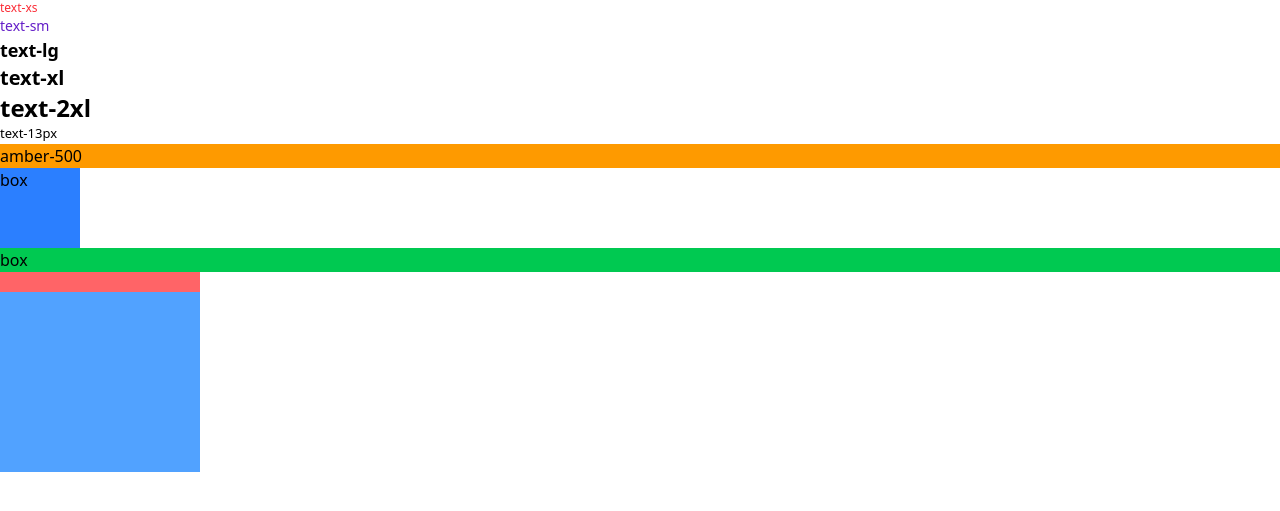
Repository: kkhhjjoo/onebite-tailwind
Page: /
These files come from the project's save history. The page is drawn as it stood at one moment and after the next save; the edit follows.
The browser window is 1280 px wide. The pictures show the whole page.
The project was rebuilt for these pictures with package versions that can differ from the ones it lists, and the page was loaded fresh each time. Also part of the build but not shown: vite.config.ts, src/App.css.

Above is the page before, as saved 2025-12-24 19:48:01.

After the next save:
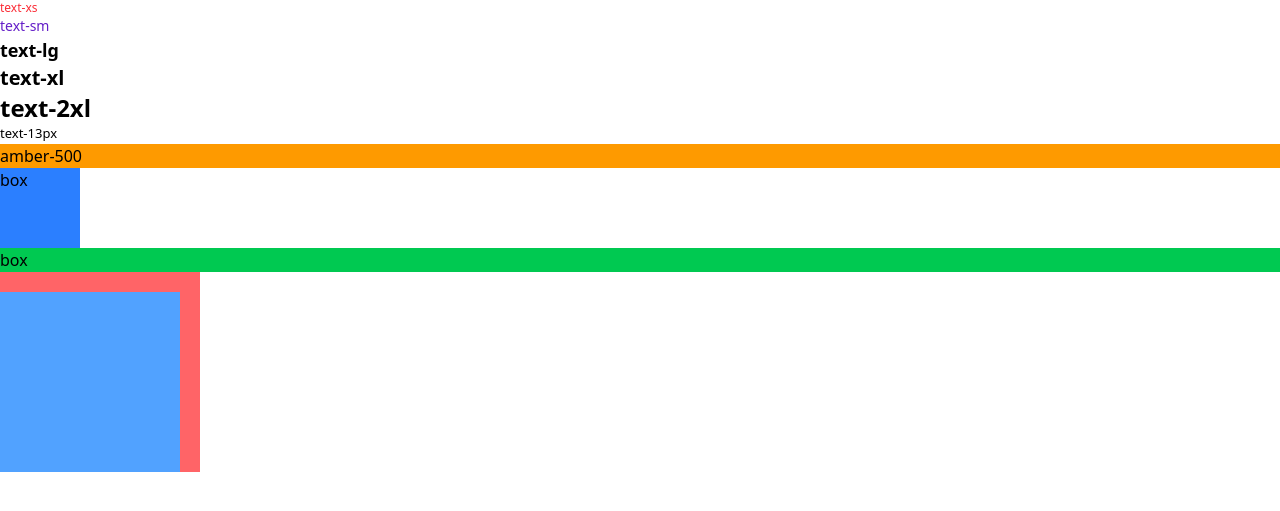
Saved 14 s later.
--- a/src/App.tsx
+++ b/src/App.tsx
@@ -19,7 +19,7 @@ function App() {
       <div className="w-full bg-green-500">box</div>
 
       {/* 4. 여백 */}
-      <div className="h-50 w-50 bg-red-400 pt-5">
+      <div className="h-50 w-50 bg-red-400 pt-5 pr-5">
         <div className="h-full w-full bg-blue-400"></div>
       </div>
     </div>
